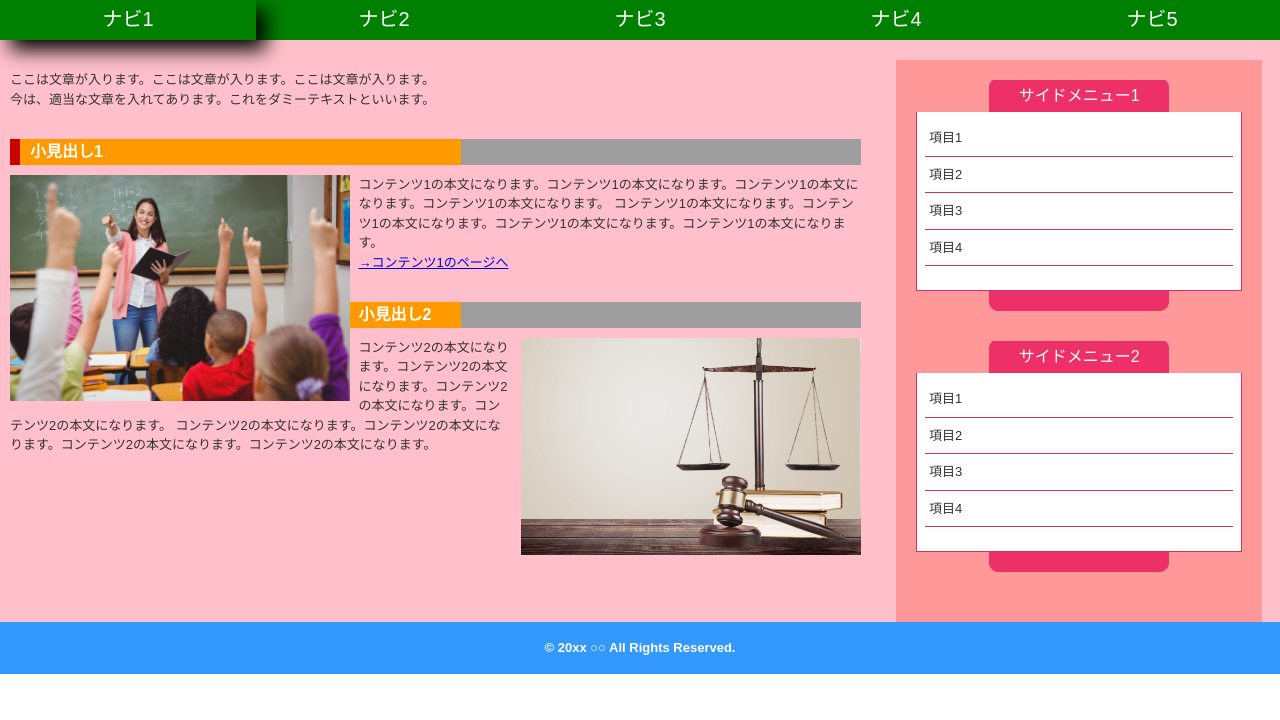
Repository: kanami0019/samurai_HTML-CSS
Page: index.html
The author's editor kept a record of every edit. The page is drawn from the files as they stood at one moment, then again after the next edit.
The browser window is 1280 px wide. The pictures show the whole page.
Pictures or frames that could not be fetched are drawn as grey boxes.

Above is the page before.

After the next edit:
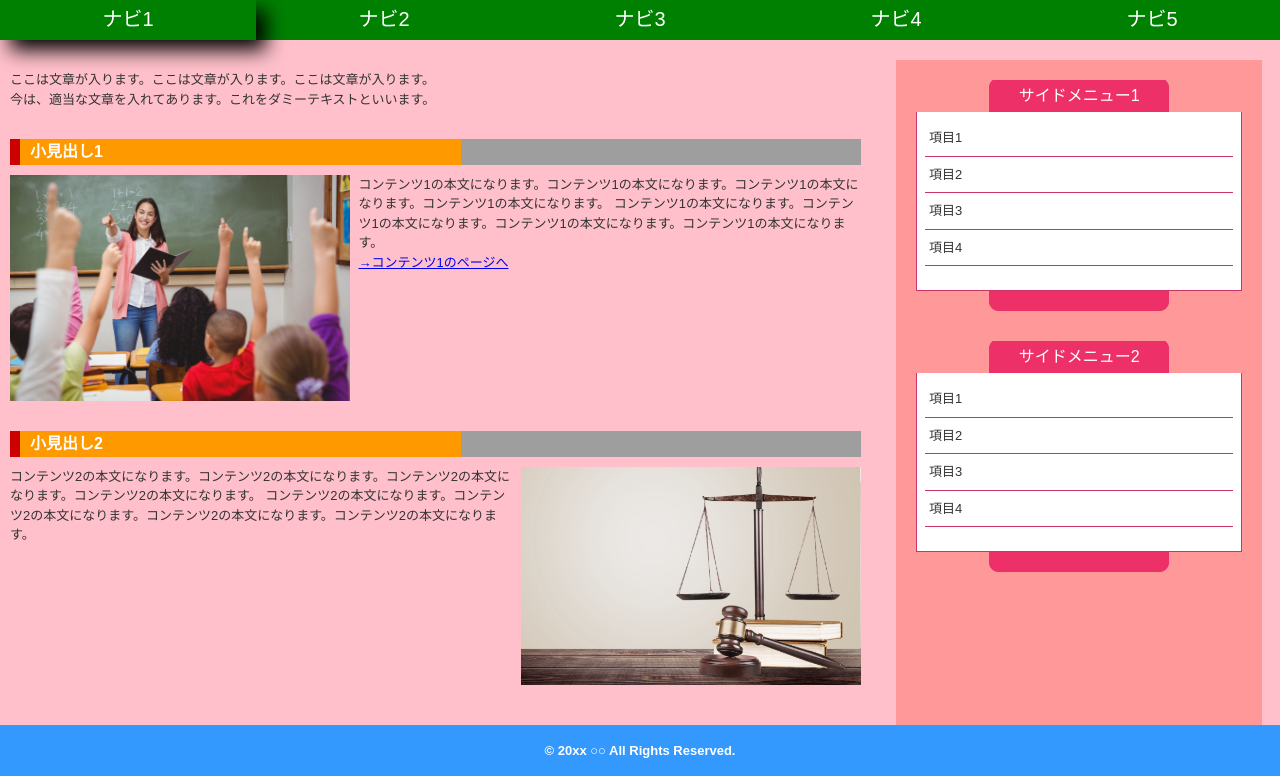
The edit:
--- a/stylesheet.css
+++ b/stylesheet.css
@@ -128,7 +128,7 @@
 }
 .clearfix:after{
 	content: "";
-	/*display: block; */
+	display: block;
 	clear: both;
 }
 
